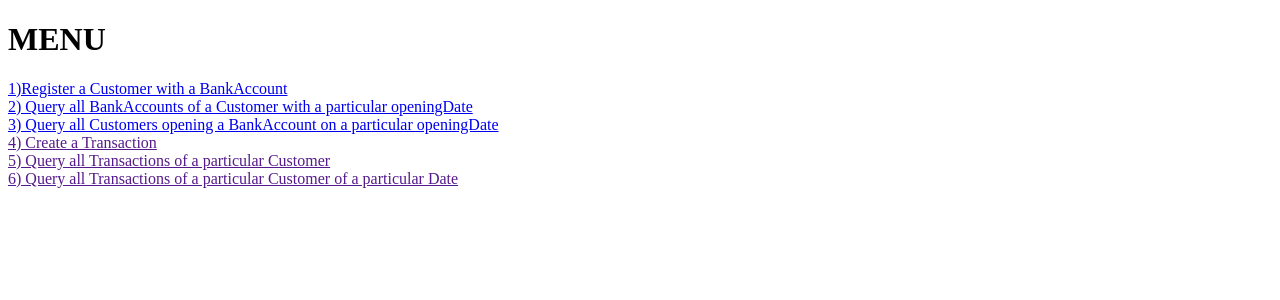
Repository: rajeshmalviya2011/MyRepo
Page: http://localhost/tcjassignment/home.jsp
These files come from the project's save history. The page is drawn as it stood at one moment and after the next save; the edit follows.
The browser window is 1280 px wide. The pictures show the whole page.
The page is served by Tomcat 9. Other server files are loaded and not shown.

Above is the page before, as saved 2020-08-09 06:37:57.

### tcjassignment/src/main/webapp/home.jsp
<%@ page language="java" contentType="text/html; charset=UTF-8"
    pageEncoding="UTF-8"%>
<!DOCTYPE html>
<html>
<head>
<meta charset="UTF-8">
<title>Insert title here</title>
</head>
<body>
<h1>MENU</h1>

<a href="register">1)Register a Customer with a BankAccount</a><br>

<a href="queryBankAccounts/1/2020-06-18">2) Query all BankAccounts of a Customer with a particular openingDate</a><br>

<a href="queryCustomers/2020-06-18">3) Query all Customers opening a BankAccount on a particular openingDate</a><br>

<a href="">4) Create a Transaction</a><br>

<a href="">5) Query all Transactions of a particular Customer</a><br>

<a href="">6) Query all Transactions of a particular Customer of a particular Date</a><br>

</body>
</html>

After the next save:
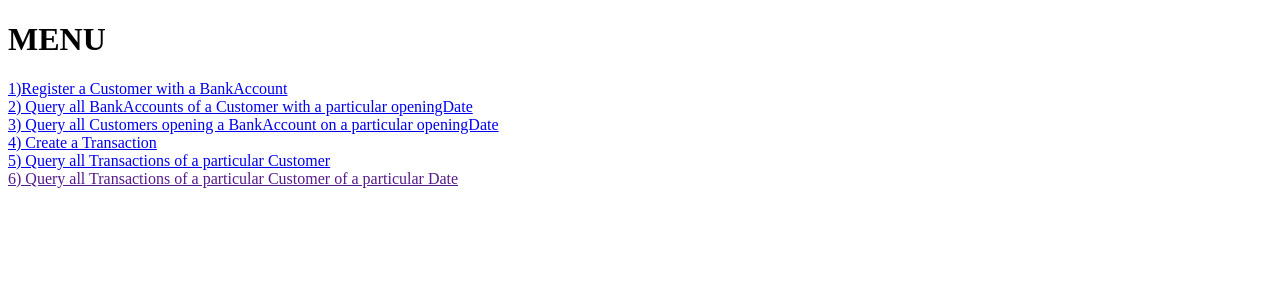
Saved 38 s later.
--- a/tcjassignment/src/main/webapp/home.jsp
+++ b/tcjassignment/src/main/webapp/home.jsp
@@ -15,9 +15,9 @@
 
 <a href="queryCustomers/2020-06-18">3) Query all Customers opening a BankAccount on a particular openingDate</a><br>
 
-<a href="">4) Create a Transaction</a><br>
+<a href="createTransaction">4) Create a Transaction</a><br>
 
-<a href="">5) Query all Transactions of a particular Customer</a><br>
+<a href="queryTransaction/1">5) Query all Transactions of a particular Customer</a><br>
 
 <a href="">6) Query all Transactions of a particular Customer of a particular Date</a><br>
 
